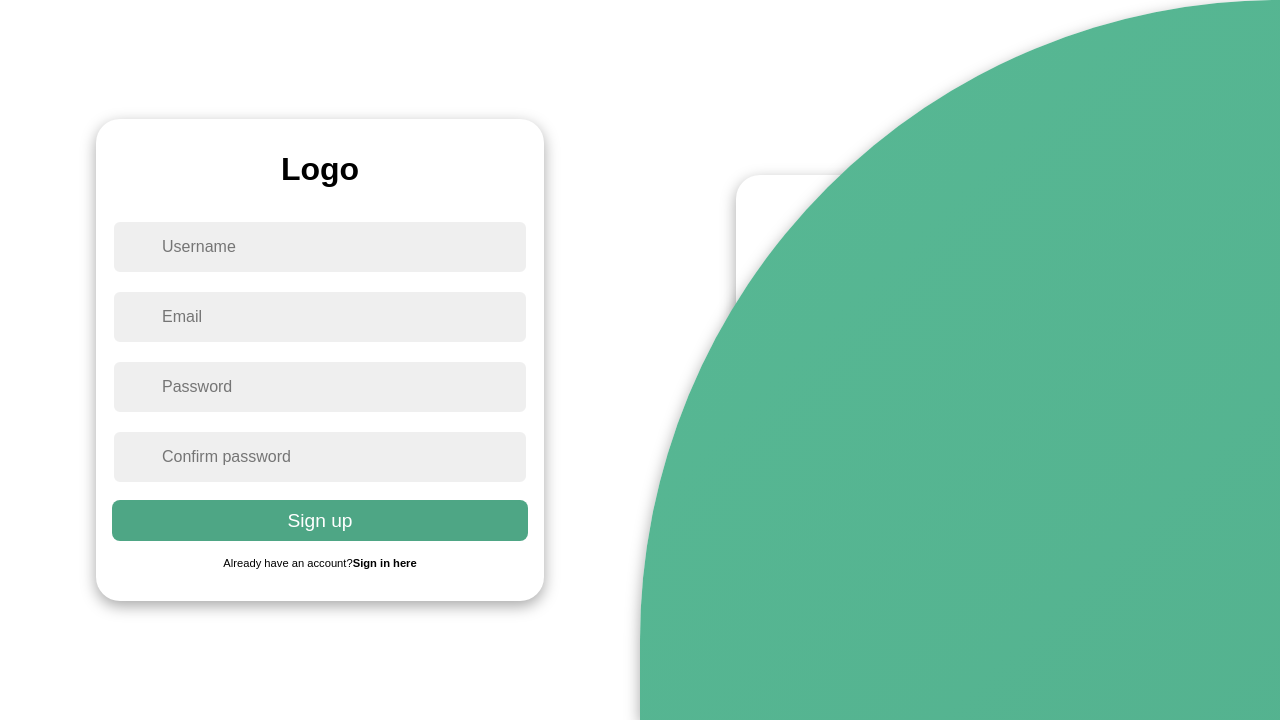
Repository: NayakSubhransu/ERP_System_WebAthon
Page: / (app in client/)
An editor plug-in stored every save of this project. The page is shown before and after the next save, followed by the edit.
The browser window is 1280 px wide. The pictures show the whole page.
The project was rebuilt for these pictures with package versions that can differ from the ones it lists, and the page was loaded fresh each time. Also part of the build but not shown: client/vite.config.js.

Above is the page before, as saved 2024-03-24 12:06:15.

After the next save:
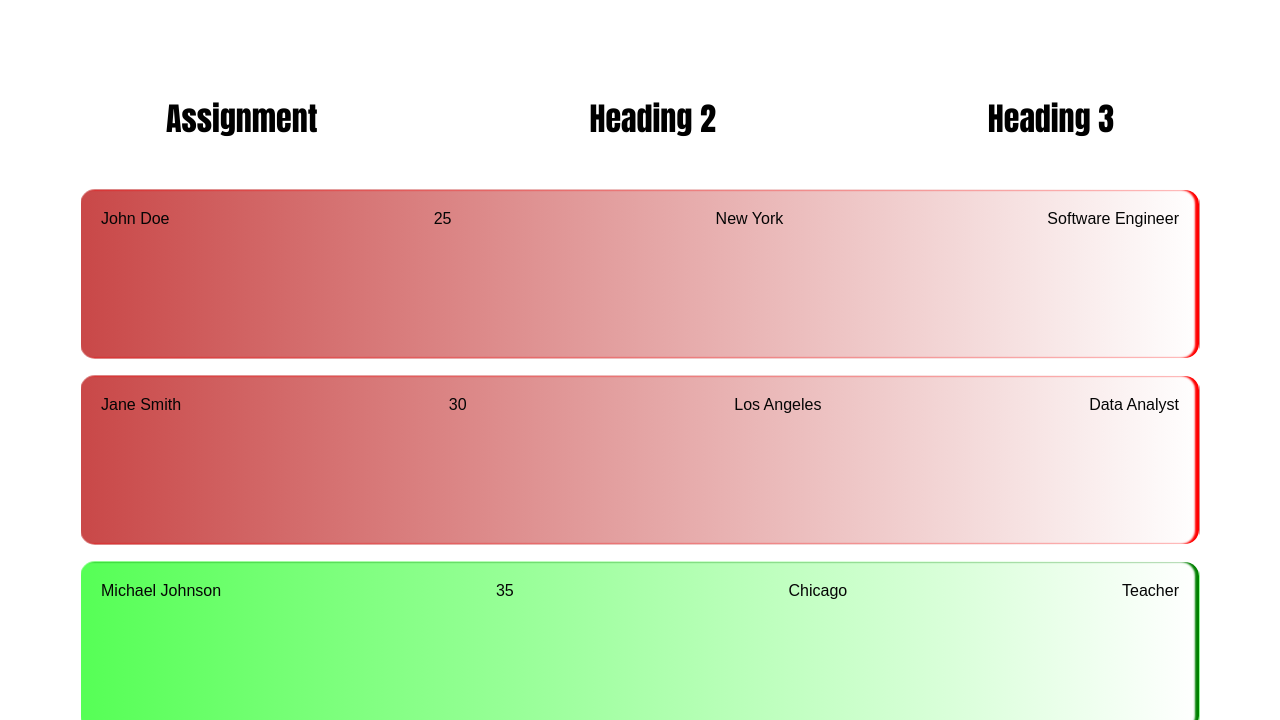
Saved 7 min 36 s later.
--- a/client/src/App.js
+++ b/client/src/App.js
@@ -3,8 +3,8 @@ import Grading from "./components/Grading/grading.jsx";
 function App() {
   return (
     <div >
-     <LoginPage/>
-      {/* <Grading/> */}
+     {/* <LoginPage/> */}
+      <Grading/>
     </div>
   );
 }
